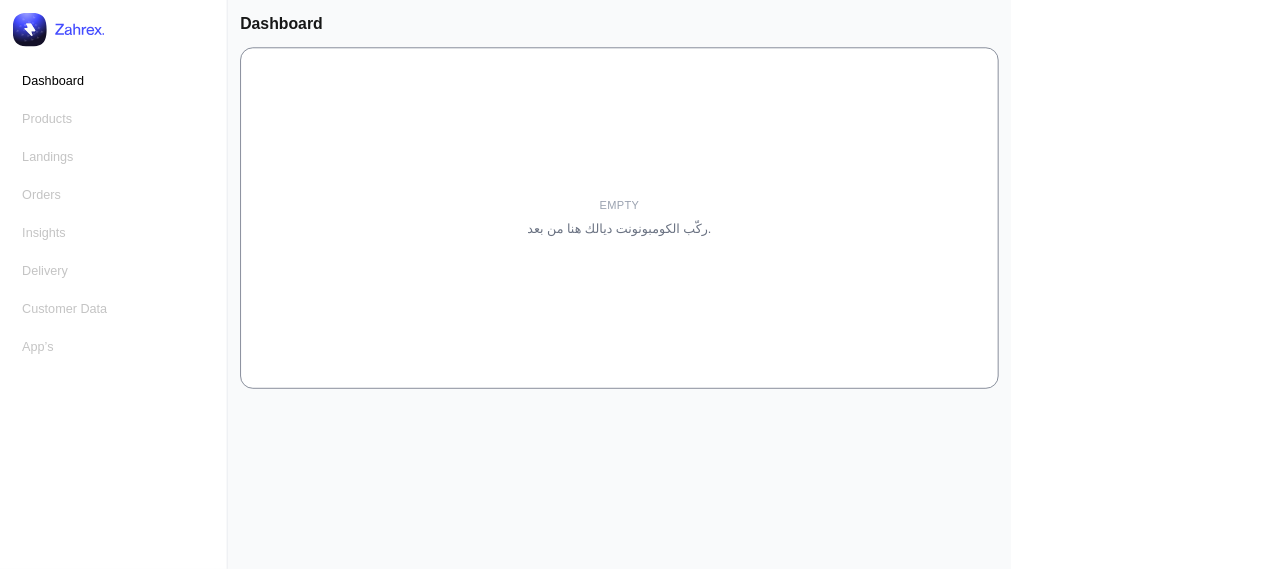
Repository: asba38295-web/zahrex-app
Page: /dashboard
An editor plug-in stored every save of this project. The page is shown before and after the next save, followed by the edit.
The browser window is 1280 px wide. The page is 1280 px wide, then 1608 px, so the pictures cover 1608 px, including what lies to the right of the window. The pictures show the whole page, at 79% of full size.
The project was rebuilt for these pictures with package versions that can differ from the ones it lists, and the page was loaded fresh each time. The framework's server and built-in components were replaced by stand-ins that run in the browser. Also part of the build but not shown: next.config.mjs.

Above is the page before, as saved 2025-11-28 03:24:04.

After the next save:
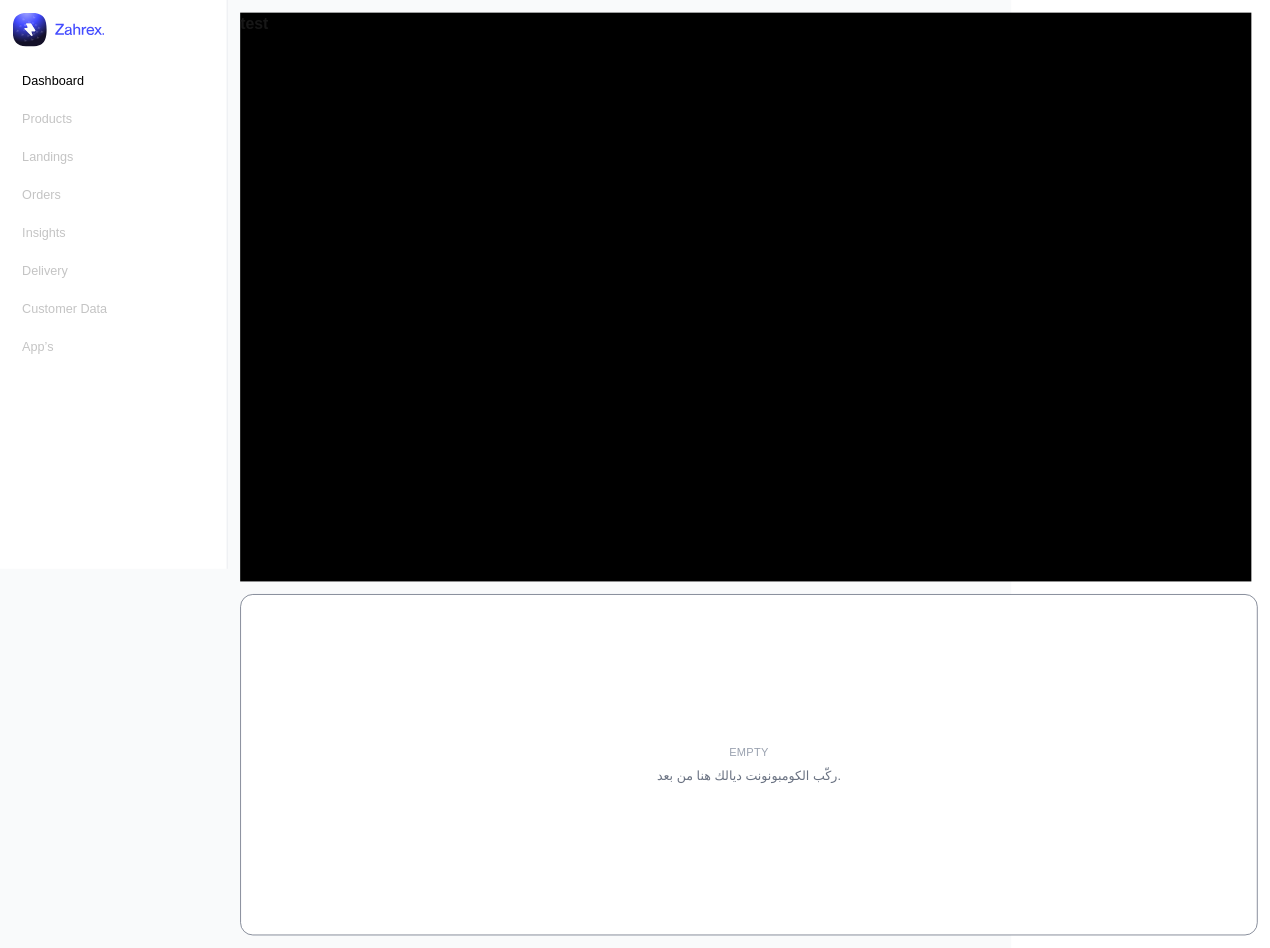
Saved 79 s later.
--- a/src/app/dashboard/page.jsx
+++ b/src/app/dashboard/page.jsx
@@ -1,5 +1,7 @@
 "use client";
 import React, { useState } from "react";
+
+import Dashboard from "../../page/Dashboard";
 
 export default function DashboardShell() {
   const [activeTab, setActiveTab] = useState("dashboard");
@@ -89,7 +91,7 @@ export default function DashboardShell() {
 
 function titleForTab(key) {
   switch (key) {
-    case "dashboard": return "Dashboard";
+    case "dashboard": return < Dashboard />;
     case "orders": return "Orders22";
     case "services": return "Services";
     case "closed": return "Closed";
